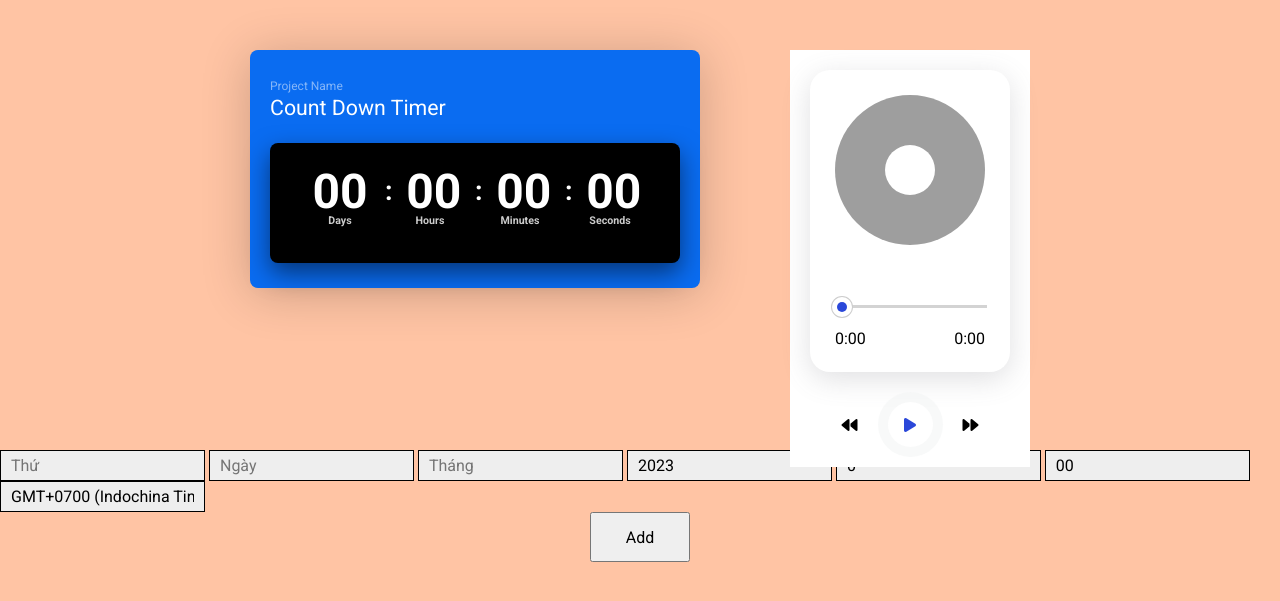
Repository: thuanpham00/CountDownTimer
Page: index.html
The author's editor kept a copy of each file at every save. The page is drawn from the files as they stood at one save, then again after the next save.
The browser window is 1280 px wide. The pictures show the whole page.
Pictures or frames that could not be fetched are drawn as grey boxes. Some web libraries are served in a nearby version. The style sheet was rebuilt from its Sass, Less or Tailwind sources for each picture, by a compiler version that may differ from the author's.

Above is the page before, as saved 2023-09-27 15:33:16.

After the next save:
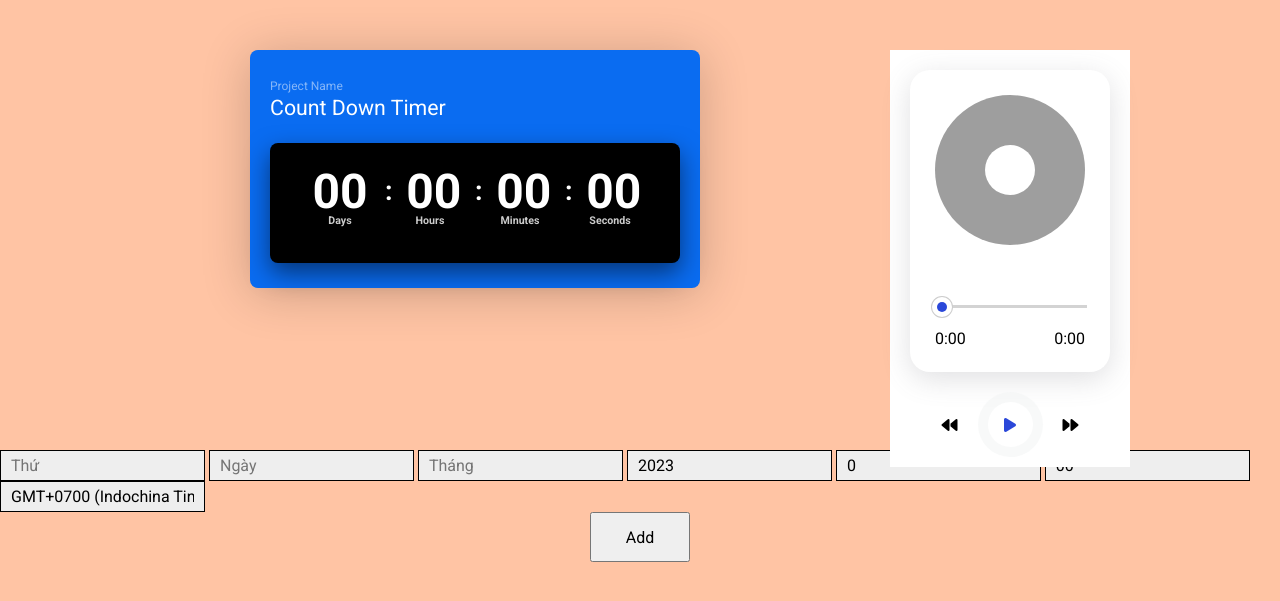
Saved 13 s later.
--- a/scss/main.scss
+++ b/scss/main.scss
@@ -231,7 +231,7 @@
 
     .player {
         position: absolute;
-        right: 250px;
+        right: 150px;
         top: 50px;
         background-color: white;
         padding: 20px;

After the save that followed:
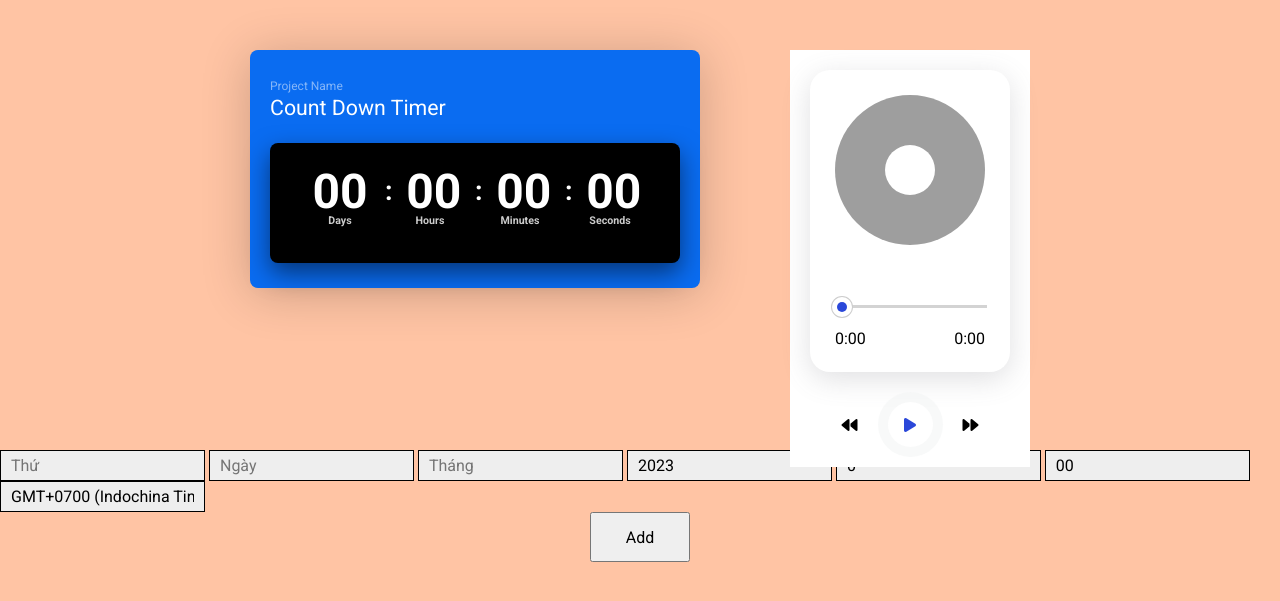
Saved 5 s later.
--- a/scss/main.scss
+++ b/scss/main.scss
@@ -231,7 +231,7 @@
 
     .player {
         position: absolute;
-        right: 150px;
+        right: 250px;
         top: 50px;
         background-color: white;
         padding: 20px;
